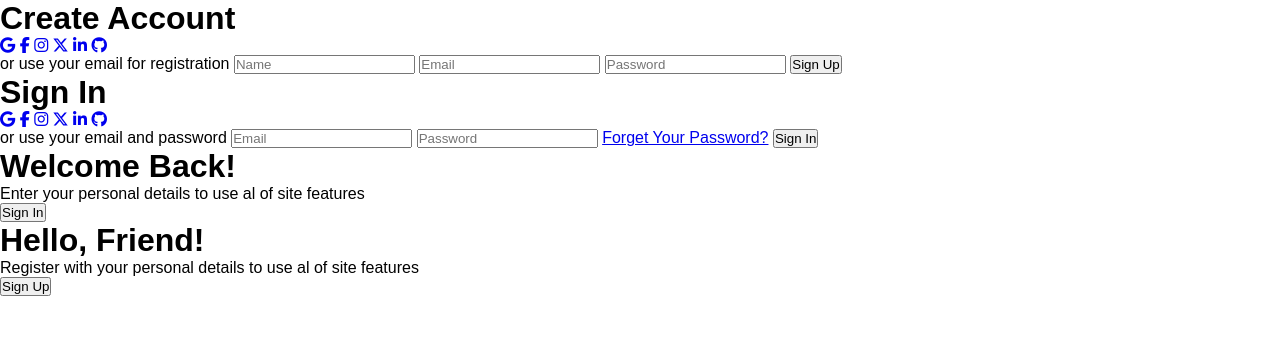
Repository: DevMike1993/Animated_Login_Page
Page: index.html
These files come from the project's save history. The page is drawn as it stood at one moment and after the next save; the edit follows.
The browser window is 1280 px wide. The pictures show the whole page.

Above is the page before, as saved 2023-12-17 19:50:51.

After the next save:
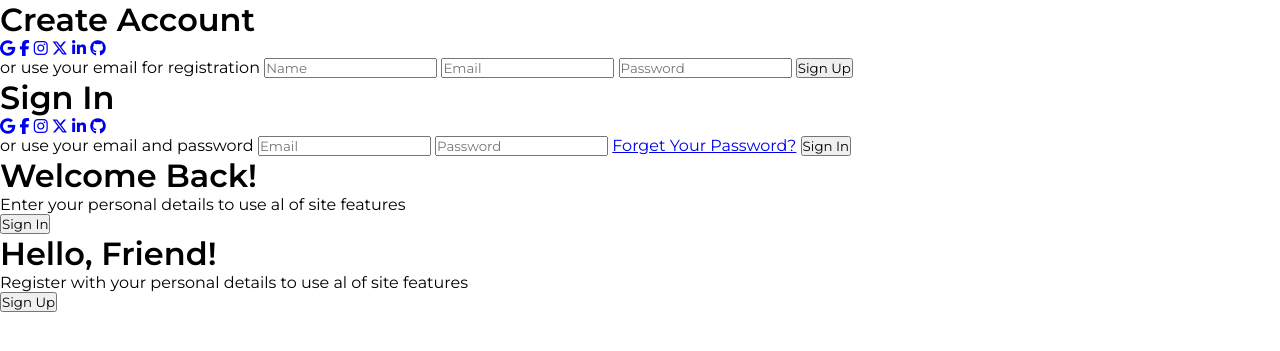
Saved 11 s later.
--- a/style.css
+++ b/style.css
@@ -4,5 +4,5 @@
     margin: 0;
     padding: 0;
     box-sizing: border-box;
-    font-family: "Monserrat", sans-serif;
+    font-family: "Montserrat", sans-serif;
 }
